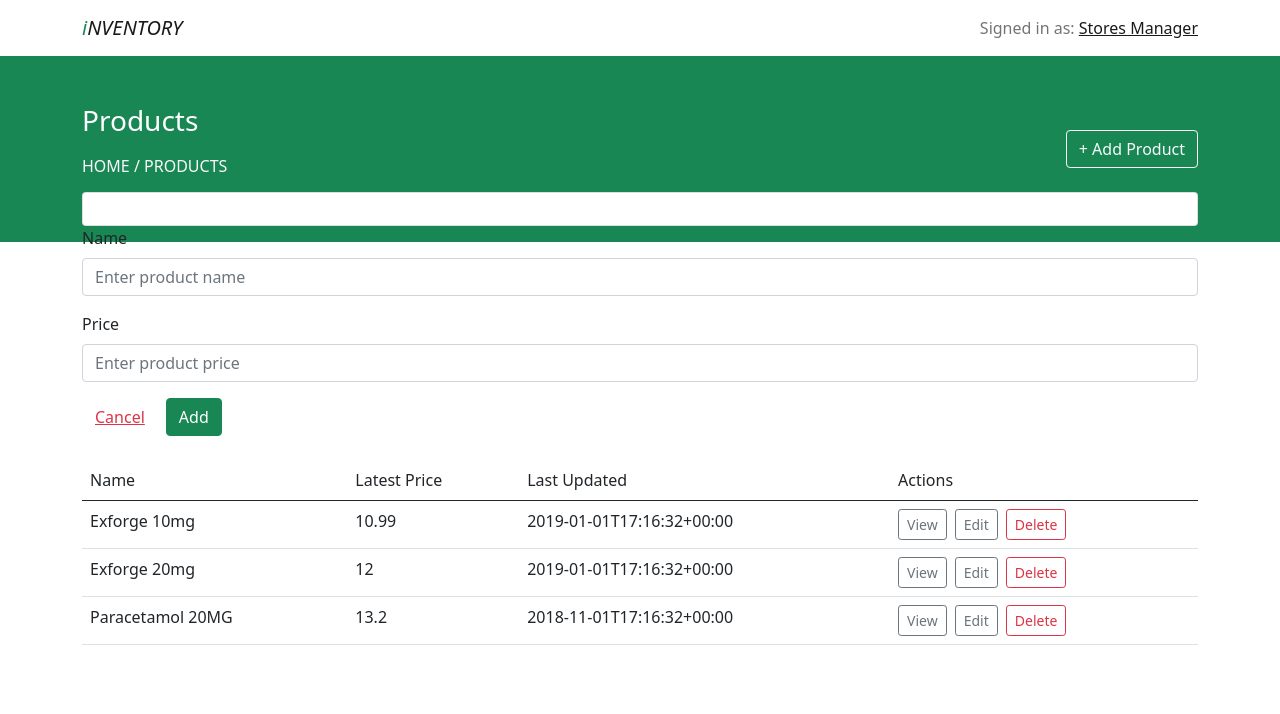
Repository: tHEO2k17/inventory-manager
Page: /
The author's editor kept a copy of each file at every save. The page is drawn from the files as they stood at one save, then again after the next save.
The browser window is 1280 px wide. The pictures show the whole page.
The project was rebuilt for these pictures with package versions that can differ from the ones it lists, and the page was loaded fresh each time.

Above is the page before, as saved 2021-08-31 09:26:22.

After the next save:
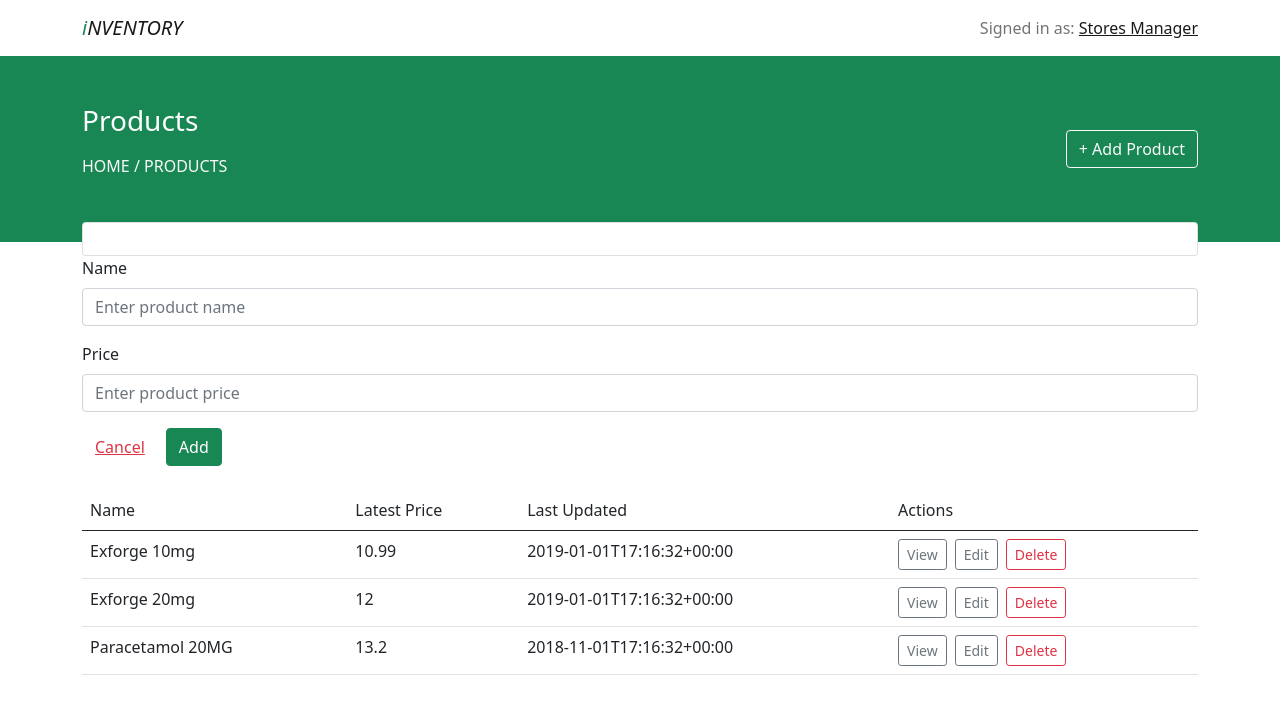
Saved 18 s later.
--- a/src/index.scss
+++ b/src/index.scss
@@ -1,5 +1,5 @@
 @import '~bootstrap/scss/bootstrap.scss';
 
 .mover{
-    margin-top: -50px;
+    margin-top: -20px;
 }
